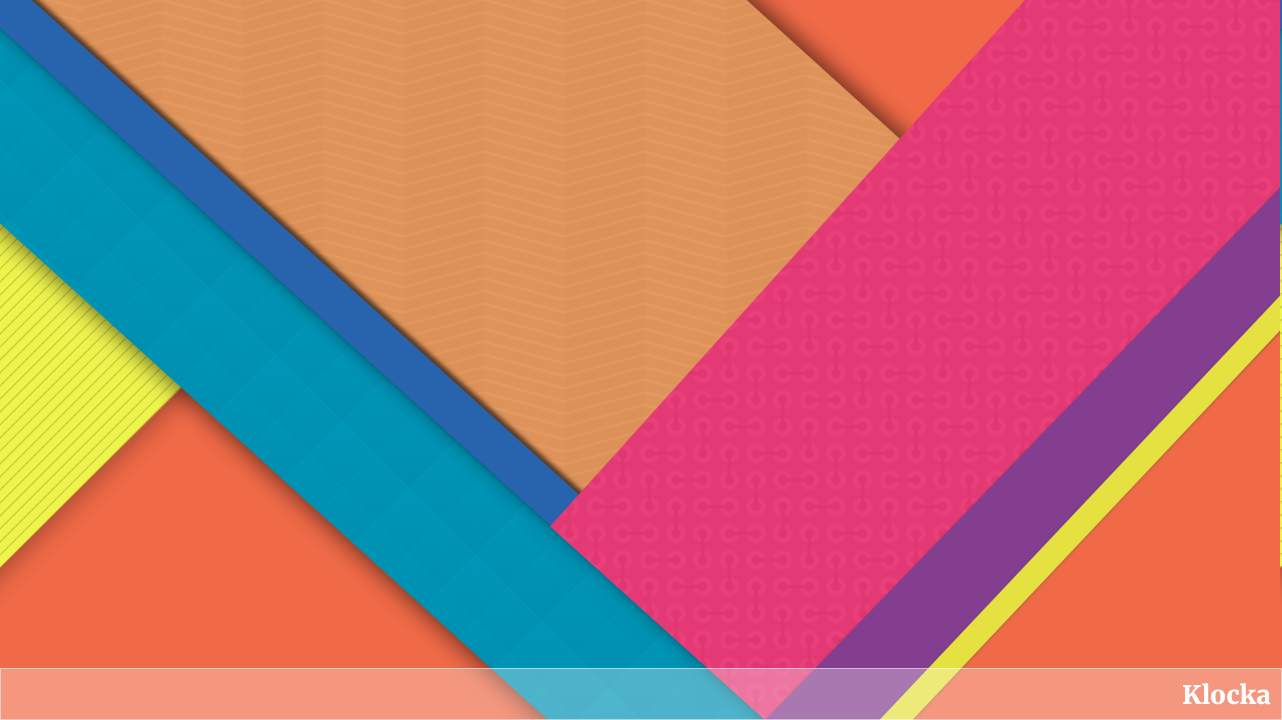
Repository: RebeccaFransson/1dv403-laborationer
Page: 5-pwd/desktop.html
The author's editor kept a record of every edit. The page is drawn from the files as they stood at one moment, then again after the next edit.
The browser window is 1280 px wide. The page is 1282 px wide, so the pictures cover 1282 px, including what lies to the right of the window. The pictures show the whole page.
Some web fonts or font styles are not loaded; a fallback is used.

Above is the page before.
Console error: ReferenceError: RF222CZ is not defined

### 5-pwd/desktop.html
<!DOCTYPE html>
<html lang="sv">
<head>
	<meta charset="UTF-8" />
    <link href='//fonts.googleapis.com/css?family=Merriweather:900|Lusitana' rel='stylesheet' type='text/css'> 	<script src="script/Window.js"></script>
 	<link href='//fonts.googleapis.com/css?family=Roboto:400,100,700italic' rel='stylesheet' type='text/css'>
 	<script src="script/Desktop.js"></script>
 	<script src="script/go.js"></script>
 	<script src="script/NewPhoto.js"></script>
 	<script src="script/NewMemory.js"></script>
 	<script src="script/NewRSS.js"></script>
 	<script src="script/random.js"></script>

    <link rel="stylesheet" href="windowstyle.css" />
    <link rel="stylesheet" href="desktopstyle.css" />
    <link rel="stylesheet" href="memorystyle.css" />
    <link rel="stylesheet" href="RSSstyle.css" />
    <title>JavaScript - Desktop</title>
</head>
    <body>
        <div id="content">
            <div id='hidden'>
            <template id="temp">

                <div class="window">

                    <div class="topbar">
                        <div class="close">
                        <img src="pics/Close.png" title="Stäng fönstret" alt="close" height="20" width="20">
                        </div>
                    </div>
                    <div class="statusX">
                    </div>

                    <div class="content">

                    </div>




                </div>
            </template>
        </div>


 		<div id="meny">
            <div id="time">Klocka</div>

 		</div>
 		</div>



    </body>
</html>

### 5-pwd/script/Window.js
"use strict";

RF222CZ.Window = function(pic, desk, namn, colorbot, colortop, w, h, scroll){

    //default storlek
    w = w || "350";
    h = h || "410";

    this.desktop = desk;
    var template = document.querySelector('#temp');//template

    //lösning till att template.content ej fungerar i IE
    var windowTemplate;
    var tmp = document.documentMode;
    if(tmp){
         windowTemplate = template.querySelector(".window");
    }else{
         windowTemplate = template.content.querySelector(".window");
    }

    //Kopierar min window-klass från templaten
    this.w = windowTemplate.cloneNode(true);

    this.content = this.w.querySelector('.content');
    this.statusX = this.w.querySelector('.statusX');

    //sätter storlek på nytt fönster
    this.content.style.width = w+'px';
    this.content.style.height = h+'px';

    //tvungen att lägga till en scroll för bilderna i förtoringsglaset.
    this.content.style.overflow = scroll;

    //skickar med höjden och bredden på fönstret till functionen
    //som kommer flytta fönstrerna innanför skrivbordet
    this.moveWind(h, w, this.desktop);


    var topPic = document.createElement('img');
    topPic.setAttribute('class', 'app');
    topPic.setAttribute('src', pic);
    topPic.setAttribute('width', '25px');
    topPic.setAttribute('height', '25px');
    var topbar = this.w.querySelector('.topbar');
    topbar.appendChild(topPic);

    //namn, färg
    topbar.innerHTML += namn;
    topbar.setAttribute('style', 'background-color:'+colortop);//sätt färg på  topbar
    this.w.querySelector('.statusX').setAttribute('style', 'background-color:'+colorbot);

    //lägger till fösntret på skrivbordet
    desk.content.appendChild(this.w);

    var self = this;//gör om this så vi kan använda detta this i functionen under(utan att det ska bli this i den funktionen)

   //stänger fönstret
    var close = this.w.querySelector('.close');
    close.onclick = function(){
        self.close();
    };
    //sätter focus på önnat fönster
    this.focus();

    //klick någonstans på ett fönster kallar på focus()
    //som tar reda på senaste z-index och lägger på ett till det klickade fönstret
    this.w.addEventListener('mousedown', function(e){
        self.focus();
        console.log('klick på fönstret');
    });

}

//plockar bort kopian utav templaten
RF222CZ.Window.prototype.close = function(){
    this.w.parentNode.removeChild(this.w);
};

//funtionen som flyttar fönstrer
RF222CZ.Window.prototype.moveWind = function(h, w, desk){

    //sätter globala variablem som top och left FÖRSTA FÖNSTRET
    var top = RF222CZ.Window.globalTop + 10;
    var left = RF222CZ.Window.globalLeft + 10;

   //sätter top och left på nästa nya window
    this.w.style.top = top+'px';
    this.w.style.left = left+'px';

   //resten av fönsterna
    top = RF222CZ.Window.globalTop + 35;
    left = RF222CZ.Window.globalLeft + 35;

   //kolla utanför top+höjd större än desktop.content.clientHeight
    if((parseInt(top)+parseInt(h))>(this.desktop.content.clientHeight-(this.desktop.meny.clientHeight*2.2))){
        //utanför nedåt sätt globalTop som 0
        RF222CZ.Window.globalTop = 0;
    }else{
        RF222CZ.Window.globalTop = top;
        RF222CZ.Window.globalLeft = left;
        if((parseInt(left)+parseInt(w))>(this.desktop.content.clientWidth)){
            //utanför år höger sätt globalleft som 0
            RF222CZ.Window.globalLeft = 0;
        }else{
            RF222CZ.Window.globalTop = top;
            RF222CZ.Window.globalLeft = left;
        }
    }
};

// global variabel med top och left
RF222CZ.Window.globalTop = 0;
RF222CZ.Window.globalLeft = 0;
RF222CZ.Window.globalIndex = 0;

RF222CZ.Window.prototype.focus = function(){
    //on klick på hela fönstret z-index = 99
    var indexCount = 1 + RF222CZ.Window.globalIndex;
    this.w.style.zIndex = indexCount;

    RF222CZ.Window.globalIndex = indexCount;
};

//http://tech.pro/tutorial/650/javascript-draggable-elements   DRAGEBLE ELEMENTS

### 5-pwd/script/Desktop.js
"use strict";

RF222CZ.Desktop = function(){
   this.content = document.querySelector('#content');//public
   //this.statusX = document.querySelector('.statusX');

};
//lägger till appar t skrivbordet
RF222CZ.Desktop.prototype.addApp = function(pic, app, namn, colorbot, colortop, w, h){//lägga till img, onklick på a. skickar till det js som skall skapa appen

    //skapar bilder och lägger till attribut till menyn + tooltip
    var img = document.createElement('img');
    img.setAttribute('src', pic);
    img.setAttribute('width', '50px');
    img.setAttribute('height', '50px');
    var a = document.createElement('a');
    a.setAttribute('href', '#');
    a.setAttribute('class', 'tooltip');
    a.setAttribute('title', namn);
    this.meny = document.querySelector('#meny')
    this.meny.appendChild(a);
    a.appendChild(img);

    var self = this;//spara gamla this som är knappen

    //skapar fönster med appen man klickat på skcikar med appens egenskaper
    a.onclick = function(){
        var wind = new RF222CZ.Window(pic, self, namn, colorbot, colortop, w, h);//fönstret
        var photo = new app(wind);//appen

    };
};

RF222CZ.Desktop.prototype.startTime = function(){//ta bort kommentarerna ifall du vill se sekunder.
    var today=new Date();
    var h=today.getHours();
    var m=today.getMinutes();
    //var s=today.getSeconds();
    m = checkTime(m);
    document.querySelector('#time').innerHTML = h+":"+m; //+":"+s;
    var t = setTimeout(function(){RF222CZ.Desktop.prototype.startTime()},500);

    function checkTime(i) {
        if (i<10) {i = "0" + i}  // lägger till nolla om under tio
        return i;
    }
};

### 5-pwd/script/go.js
"use strict";

var RF222CZ = RF222CZ || {};

RF222CZ.run = function(){

   console.log(window);
   var desk = new RF222CZ.Desktop();

   desk.startTime();

   desk.addApp('pics/photo.png', RF222CZ.NewPhoto, 'Bilder', '#FA9D55','#F06A47'); // skickar med bildsökväg och appen, namn och färger
   desk.addApp('pics/game.png', RF222CZ.NewMemory, 'Memory', '#EF6293','#E9407B', 350, 412); // skickar med bildsökväg och appen
   desk.addApp('pics/rss.png', RF222CZ.NewRSS, 'RSS-flöde', '#0092B3','#2864AD', 460); // skickar med bildsökväg och appen

};
window.onload = RF222CZ.run;

### 5-pwd/script/NewPhoto.js
"use strict";
//skapa nytt galleri
function NewPhoto(wind){

    var xhr = new XMLHttpRequest();

            xhr.onreadystatechange = function(){ //denna kod skall köras när vi får ett svar
                if(xhr.readyState === 4 && xhr.status === 200){//allt ok
                    wind.statusX.innerHTML = ' ';//tar bort 'laddar..' när allt hämtas
                    console.log('Hittades');
                    var array = JSON.parse(xhr.responseText);

                    var arrayWidth = [];
                    var arrayHeight = [];
                    var picBox;

                    //loop för alla thumbnails width och height
                    for(var i = 0; i < array.length; i++){
                       //spara thumb width och height i arrayer
                        arrayWidth.push(array[i].thumbWidth);
                        arrayHeight.push(array[i].thumbHeight);
                    }
                    //loop för att skapa thumb-bilderna
                    for(var i = 0; i < array.length; i++){
                        console.log('i forloop- skapar bilderna');
                        var pic = document.createElement('img');
                        pic.setAttribute('src', array[i].thumbURL);
                        pic.setAttribute('width', array[i].thumbWidth);
                        pic.setAttribute('height', array[i].thumbHeight);
                        var picA = document.createElement('a');
                        picA.setAttribute('href', '#');
                        picBox = document.createElement('div');
                        picBox.setAttribute('class', 'picBox');
                        //skapar tooltip
                        picA.setAttribute('class', 'tooltip');
                        picA.setAttribute('title', 'Klicka för att förstora i nytt fönster Högerklicka för att sätta som bakgrund')


                        wind.content.appendChild(picBox);
                        picBox.appendChild(picA);
                        picA.appendChild(pic);

                        //sätter max height och width för tumnagefrån den sparade arrayn i CSS
                        //tvungen att skapa ny variabel.
                        var picBoxWidth = Math.max.apply(Math, arrayWidth)+'px';
                        var picBoxHeight = Math.max.apply(Math, arrayHeight)+'px';
                        picBox.style.width = picBoxWidth;
                        picBox.style.height = picBoxHeight;

                        pic.data = array[i]; //sparar arrayn så att jag kan få ut värdena för den stora bilden sen
                    }
                    //console.log('zindex: '+wind.clientHeight);
                    //nytt fönster för stora bilder
                    wind.content.addEventListener('click', function(e){
                           var klickedNode = e.target;
                           if(klickedNode.getAttribute('src') != null){
                               var picwin = new Window('pics/bigger.png', wind.desktop, 'Förstorngsglas', '#858585', '#5f5f5f', klickedNode.data.width, klickedNode.data.height, wind.zIndex(), 'hidden');//skapa nytt fönster med bilden Skapar fönstret på=(wind.desktop = skrivbordet)

                               var picBig = document.createElement('img');
                                picBig.setAttribute('src', klickedNode.data.URL);
                                picBig.setAttribute('width', klickedNode.data.width);
                                picBig.setAttribute('height', klickedNode.data.height);

                            picwin.content.appendChild(picBig);
                           }
                    });

                    //högerklick = ändra bakgrundsbild
                    wind.content.addEventListener('contextmenu', function(e){
                        e.preventDefault();
                        var klickedNodeRight = e.target;
                         if(klickedNodeRight.getAttribute('src') != null){
                             document.querySelector('body').style.backgroundImage = 'url('+klickedNodeRight.data.URL+')';
                             document.querySelector('body').style.backgroundSize = 'auto';
                         }
                        console.log('högerklick');
                    });

                }else if(xhr.status === 404){
                        console.log('Hittades ej');
                }else{
                    wind.statusX.innerHTML = 'Laddar... ';
                    var load = document.createElement('img');
                    load.setAttribute('src', 'pics/load1.gif');
                    load.setAttribute('width', '20px');
                    load.setAttribute('height', '20px');
                    wind.statusX.appendChild(load);
                    console.log(load);
                }
            };

            xhr.open('GET', 'http://homepage.lnu.se/staff/tstjo/labbyServer/imgviewer/', true); //asynkromt anrop

            xhr.send(null);


    console.log('skapar nytt galleri');
}

### 5-pwd/script/NewRSS.js
"use strict";

//Följande kod ger adressen för att hämta RSS-feeden från svt:
//"http://homepage.lnu.se/staff/tstjo/labbyServer/rssproxy/?url="+escape("http://www.svtplay.se/agenda/rss.xml")
RF222CZ.NewRSS = function(wind){
    console.log('skapar RSS-läsare');

    RF222CZ.NewRSS.prototype.run(wind);

    //Stänger av intervallet när man klicka rpå close.
    var RSSinterval = setInterval(function(){ RF222CZ.NewRSS.prototype.run(wind); }, 60000);
    wind.close.addEventListener('click', function(){
        clearInterval();
    });
};
function checkTime(i) {
    if (i<10) {i = "0" + i}
    return i;
}
RF222CZ.NewRSS.prototype.run = function(wind){

        var xhr = new XMLHttpRequest();

            xhr.onreadystatechange = function(){ //denna kod skall köras när vi får ett svar
                if(xhr.readyState === 4 && xhr.status === 200){//allt ok

                var done = new Date();
                var h=done.getHours();
                var m = done.getMinutes();
                m = checkTime(m);



                wind.statusX.innerHTML = 'Senast uppdaterad kl '+h+':'+m;//tar bort 'laddar..' när allt hämtas
                    //skapa divtaggar och lägg i text och rubik i dem
                    var quest = xhr.responseText;

                   wind.content.innerHTML = quest;

                //timer som laddar om informationen igen
                }else if(xhr.status === 404){
                        console.log('Hittades ej');
                }else{
                    wind.statusX.innerHTML = 'Laddar... ';
                    var load = document.createElement('img');
                    load.setAttribute('src', 'pics/load1.gif');
                    load.setAttribute('width', '20px');
                    load.setAttribute('height', '20px');
                    wind.statusX.appendChild(load);
                    console.log(load);
                }

            };
            xhr.open('GET', "http://homepage.lnu.se/staff/tstjo/labbyServer/rssproxy/?url="+escape("http://www.dn.se/m/rss/senaste-nytt"), true); //asynkromt anrop

            xhr.send(null);
};

### 5-pwd/script/random.js
"use strict";

var RandomGenerator = {

	/*
		Denna metod tar antalet rader och columner som inparameter.

		Metoden returnerar en array inneh�llandes utslumpade tal mellan 1 och (rows*cols)/2. Varje tal representeras tv�
		g�nger och motsvarar s�ledes en spelbricka.

		I en 4*4 matris kan Arrayen t.ex. se ut s� h�r:
		[1,2,6,8,6,2,5,3,1,3,7,5,8,4,4,7]

		I en 2*4 matris kan Arrayen t.ex. se ut s� h�r:
		[3,4,4,1,2,1,2,3]
	*/

	getPictureArray: function(rows, cols)
	{
		var numberOfImages = rows*cols;
		var maxImageNumber = numberOfImages/2;

	   	var imgPlace = [];

	   //Utplacering av bilder i Array
	   for(var i=0; i<numberOfImages; i++)
		  imgPlace[i] = 0;

		for(var currentImageNumber=1; currentImageNumber<=maxImageNumber; currentImageNumber++)
		{
			var imageOneOK = false;
			var imageTwoOK = false;

			do
			{
				if(imageOneOK == false)
				{
					var randomOne = Math.floor( (Math.random() * (rows*cols-0) + 0) );

					if( imgPlace[randomOne] == 0 )
					{
						imgPlace[randomOne] = currentImageNumber;
						imageOneOK = true;
					}
				}

				if(imageTwoOK == false)
				{
					var randomTwo = Math.floor( (Math.random() * (rows*cols-0) + 0) );

					if( imgPlace[randomTwo] == 0 )
					{
						imgPlace[randomTwo] = currentImageNumber;
						imageTwoOK = true;
					}
				}
			}
			while(imageOneOK == false || imageTwoOK == false);
		}
		return imgPlace;
	}
}

### 5-pwd/windowstyle.css
.window{
    font-family: 'Roboto', sans-serif;
    position:absolute;
    -moz-border-radius: 3px;
    border-radius: 3px;
    box-shadow: 0 5px 8px rgba(0, 0, 0, 0.5);
    resize:both;
}
.topbar{
    font-family: 'Roboto', sans-serif;
    font-size:25px;
    padding: 2px 0 2px 0;
    padding-left:4px;
    border-top-left-radius: 3px;
    border-top-right-radius: 3px;
    color:rgba(255, 255, 255, 0.9);
}

.topbar .app{
    position:relative;
    top:5px;
    padding-right:5px;
}
.topbar img{
    float:left;
}
.statusX{
    width:100%;
    min-height:25px;
    box-shadow: 0 2px 8px -2px rgba(0, 0, 0, 0.5);
    text-align:left;
    color:rgba(255, 255, 255, 0.5);
}
.close{
    position:relative;
    top:5px;
    right:5px;
    font-size:30px;
    height:20px;
    width:20px;
    float:right;
    background-image: url('pics/close.png');
}
.close:hover{
    background: url('pics/closeH.png');
    background-size: 20px 20px;
    background-repeat: no-repeat;
}

.content{
    margin:auto;
    background-color:rgba(255, 255, 255,0.95);
    overflow:auto;
}
/*GALLERI*/
.picBox{
    margin-left:25px;
    margin-top:5px;
    margin-bottom:8px;
    float: left;
}
.picBox img{
    display:block;
    margin:auto;
    border-radius: 7px;
    box-shadow: 0 5px 8px rgba(0, 0, 0, 0.5);
}
.picBox img:hover{
    box-shadow: 0 8px 8px rgba(0, 0, 0, 0.5);
}
/*.resize{
    background-color:rgba(255, 255, 255, 0.5);
    width:100%;
    height:15px;
}
.resize img{
    float:right;
    height:15px;
}*/
/*  TOOLTIP
a.tooltip {
    outline:none;
}
a.tooltip:hover {
    display:inline;
    text-decoration:none;
}
a.tooltip span {
    z-index:10;
    display:none;
    padding:4px 6px;
}
a.tooltip:hover span{
    display:inline;
    position:absolute;
    font-size:12px;
    color:rgba(168, 141, 99, 8);
    border:1px solid #DCA;
    background:white;
}
.tooltip{
    display: inline;
    position: relative;
}
.tooltip:hover:after{
    background: #333;
    background: rgba(226, 193, 136, 0.8);
    border-radius: 5px;
    bottom: 26px;
    color: #fff;
    content: attr(title);
    left: 100%;
    padding: 5px 15px;
    position: absolute;
    z-index: 99;
}
.tooltip:hover:before{
    border: solid;
    border-color: #333 transparent;
    border-width: 6px 6px 0 6px;
    bottom: 20px;
    display:none;
    left: 50%;
    position: absolute;
    z-index: 99;
}*/

### 5-pwd/desktopstyle.css
body, html{
    background-image: url('pics/Material_Design.png');
    background-size:cover;
    margin: 0px;
    padding: 0px;
    height: 100%;
    width: 100%;
    overflow: hidden;
}
#content{
    height: 100%;
    width: 100%;
}

#meny{
    width:100%;
    height:50px;
    border: 1px solid rgba(255,255,255,0.5);
    position:absolute;
    bottom:0;
    left:0;
    /*background: linear-gradient(to right, rgba(167, 201, 211, 0.8), rgba(195, 217, 196, 0.8), rgba(227, 228, 171, 0.8),rgba(232, 192, 123, 0.8),rgba(215, 128, 125, 0.8));*/
    background-color:rgba(255, 255, 255, 0.3);
    z-index:99;
}
#meny img{
    padding-left:20px;
  -webkit-transition-duration: 0.3s;
  -webkit-transition-property: transform;
  -webkit-transform: translateZ(0);
  transition-duration: 0.3s;
  transition-property: transform;
  transform: translateZ(0);
}
#meny img:hover{
   -webkit-transform: translateY(-5px);
  -webkit-animation-name: hover;
  -webkit-animation-duration: 1.5s;
  -webkit-animation-delay: 0.3s;
  -webkit-animation-timing-function: linear;
  -webkit-animation-iteration-count: infinite;
  -webkit-animation-direction: alternate;
  animation-direction: alternate;
  animation-iteration-count: infinite;
  transform: translateY(-5px);
  animation-name: hover;
  animation-duration: 1.5s;
  animation-delay: 0.3s;
  animation-timing-function: linear;
}


#time{
    font-family: 'Merriweather', serif;
    color: white;
    position:absolute;
    right:0;
    bottom:8px;
    font-size:1.6em;
    padding-right:10px;
}
/*Så att det fungerar i IE*/
#hidden{
    display: none;
}

### 5-pwd/memorystyle.css
/*bilderna*/
.cards img{
    width:80px;
    height:80px;
    margin:auto;
    float:right;
}
table, th, td{
    border: 2px solid white;
    background-color:#EF6293;
}
td{
    padding:0;
}
table{
    margin:auto;

}
/*Poäng och klar*/
.wrap{
    margin:auto;
    width:350px;
    font-size:1em;
    text-align:center;
}
.points{
    color:rgba(0, 0, 0, 0.6);
    font-weight:bold;
    background-color:#EF6293;
}

.done{
    float:left;
    margin:auto;
    width: 100%;
    text-align: center;
    font-size:2em;
}
.done h2{
    font-size:2.5em;
    color:#d7807d;
}
.done input{
    margin:20px;
    color: white;
    border-radius: 4px;
    border:none;
    box-shadow:0 4px 4px rgba(0, 0, 0, 0.2);
    text-shadow: 0 1px 1px rgba(0, 0, 0, 0.2);
    background: rgb(28, 184, 65);
    font-size:1.5em;
}

### 5-pwd/RSSstyle.css
.rssFeed{
    padding:15px;
    font-family: 'Lusitana', serif;
}
.rss_title{
    position:relative;
    bottom:80px;
    border:1px solid rgba(221, 244, 199, 0.0);
    border-top: 2px solid black;
    padding-top:10px;
    text-align:center;
    color:#1E4F8B;
}
.rssFeed a{
    background-color:rgba(0, 146, 179, 0.09);
    -moz-border-radius: 3px;
    border-radius: 3px;
    display:block;
    margin:auto;
    position:relative;
    bottom:90px;
    color:#5A8B98;
}
.rssFeed p{
    font-family: 'Roboto', sans-serif;
    color:rgba(0, 0, 0, 0.7);
    font-size: 16px;
    position:relative;
    bottom:100px;
}
.rssFeed img{
    width:100%;
}

Loaded but not shown: 5-pwd/script/NewMemory.js (163 lines, source omitted)

After the next edit:
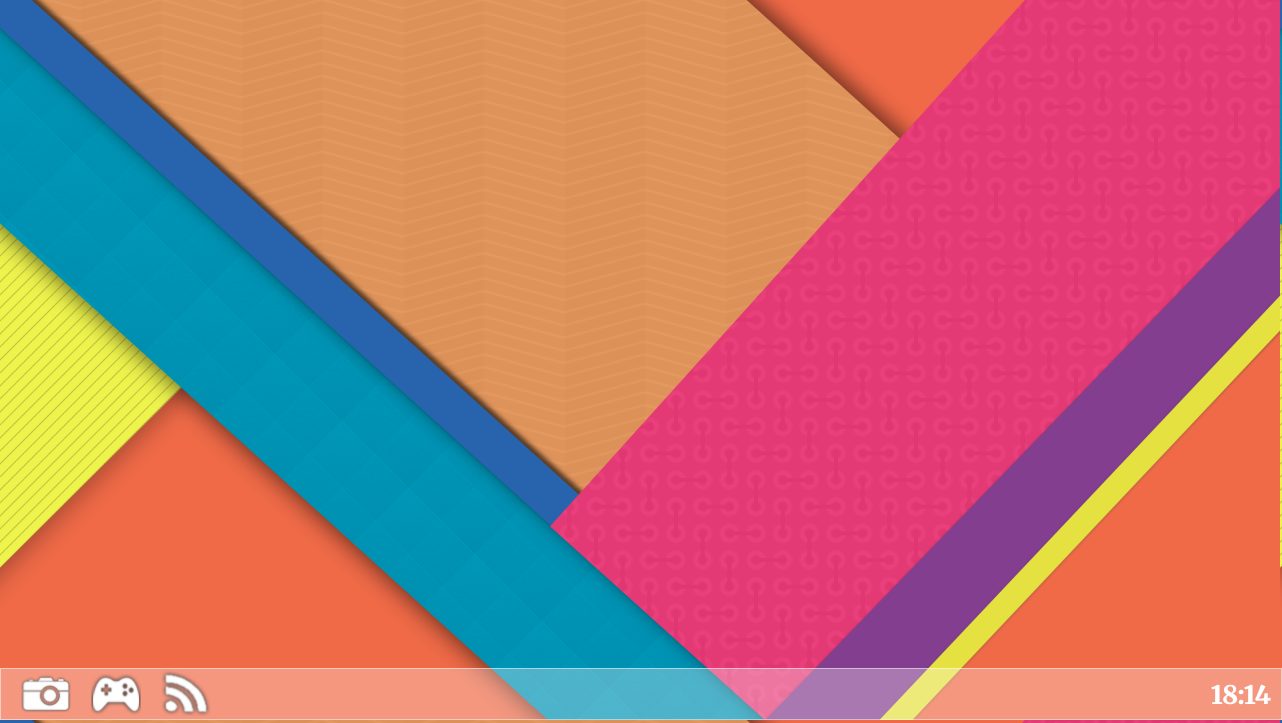
The edit:
--- a/5-pwd/desktop.html
+++ b/5-pwd/desktop.html
@@ -4,8 +4,9 @@
 	<meta charset="UTF-8" />
     <link href='//fonts.googleapis.com/css?family=Merriweather:900|Lusitana' rel='stylesheet' type='text/css'> 	<script src="script/Window.js"></script>
  	<link href='//fonts.googleapis.com/css?family=Roboto:400,100,700italic' rel='stylesheet' type='text/css'>
+ 	<script src="script/go.js"></script>
  	<script src="script/Desktop.js"></script>
- 	<script src="script/go.js"></script>
+ 	<script src="script/Window.js"></script>
  	<script src="script/NewPhoto.js"></script>
  	<script src="script/NewMemory.js"></script>
  	<script src="script/NewRSS.js"></script>
